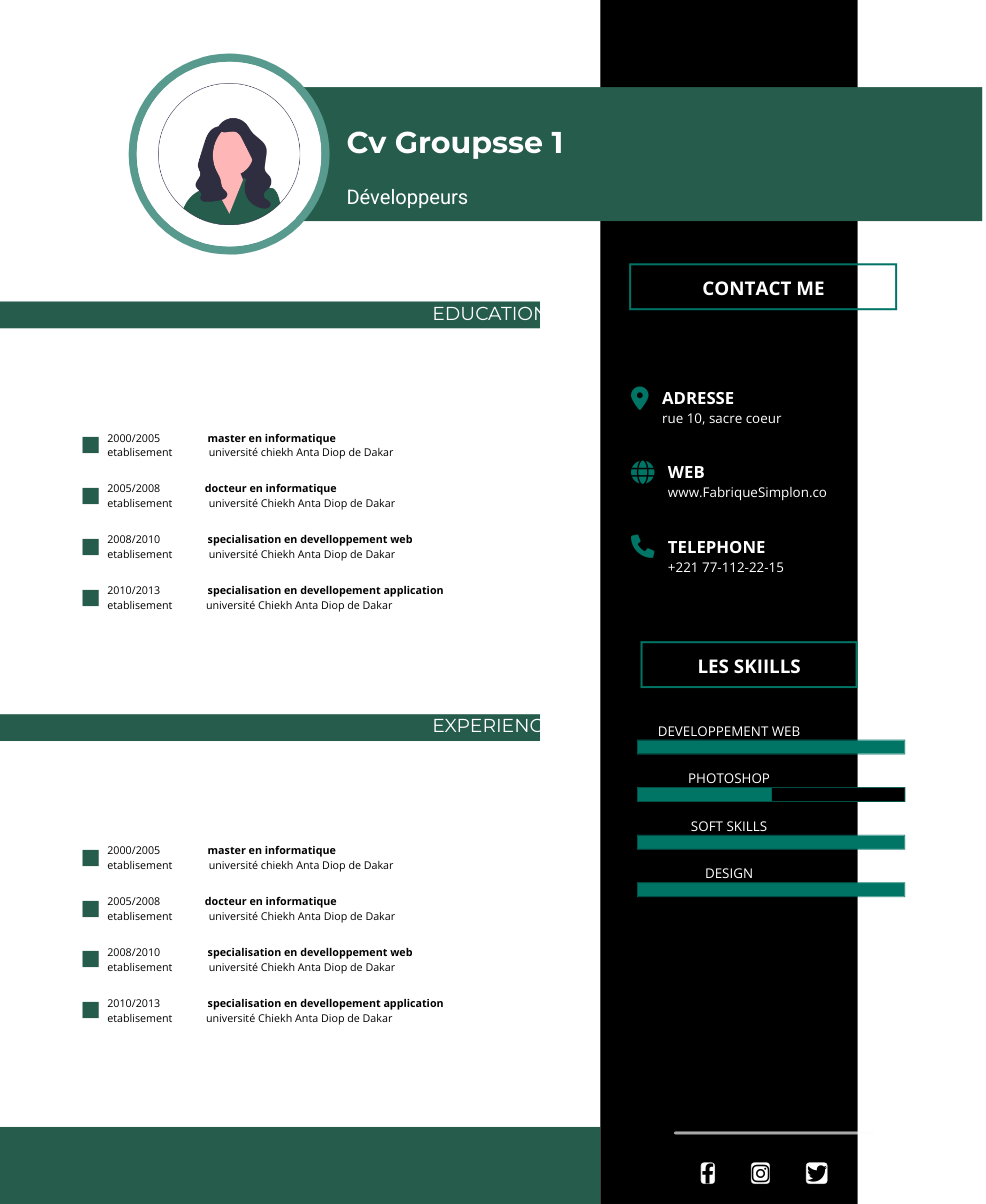
Repository: NdiongueFH/Mon_CV
Page: CV_Groupe1.html
The author's editor kept a copy of each file at every save. The page is drawn from the files as they stood at one save, then again after the next save.
The browser window is 1280 px wide. The page is 1472 px wide, so the pictures cover 1472 px, including what lies to the right of the window. The pictures show the whole page, at 67% of full size.
The pointer rests on the first visible `.social-icons`.

Above is the page before, as saved 2024-08-05 16:13:21.

After the next save:
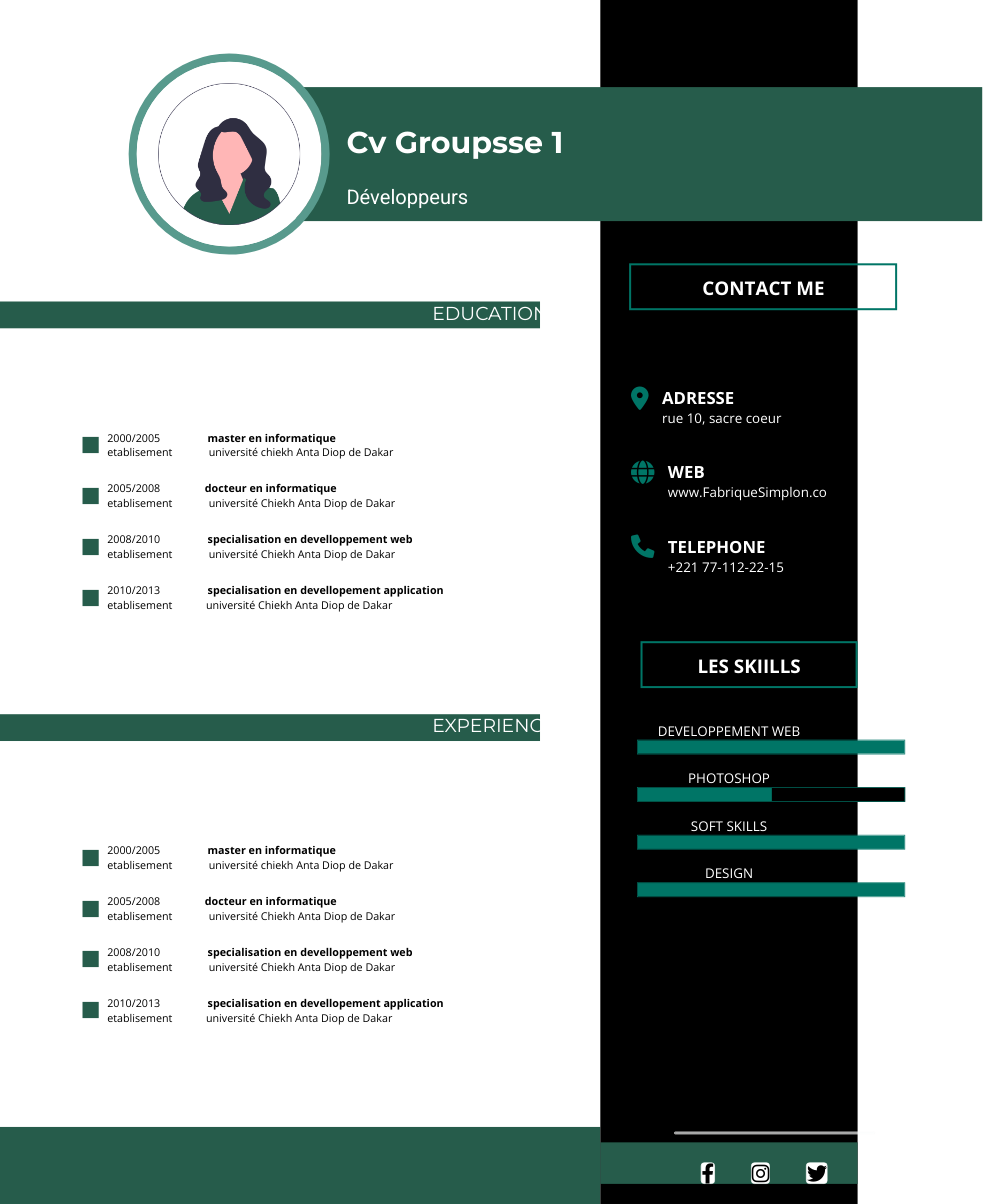
Saved 5 min 7 s later.
--- a/CV_Groupe1.css
+++ b/CV_Groupe1.css
@@ -366,3 +366,6 @@ margin-left: 50px;
     background-color: #ffffff;
     margin-left: 50px;
  }
+ .social-icons:hover {
+    background-color: var(--color-backgroundFoncé);
+ }

After the save that followed:
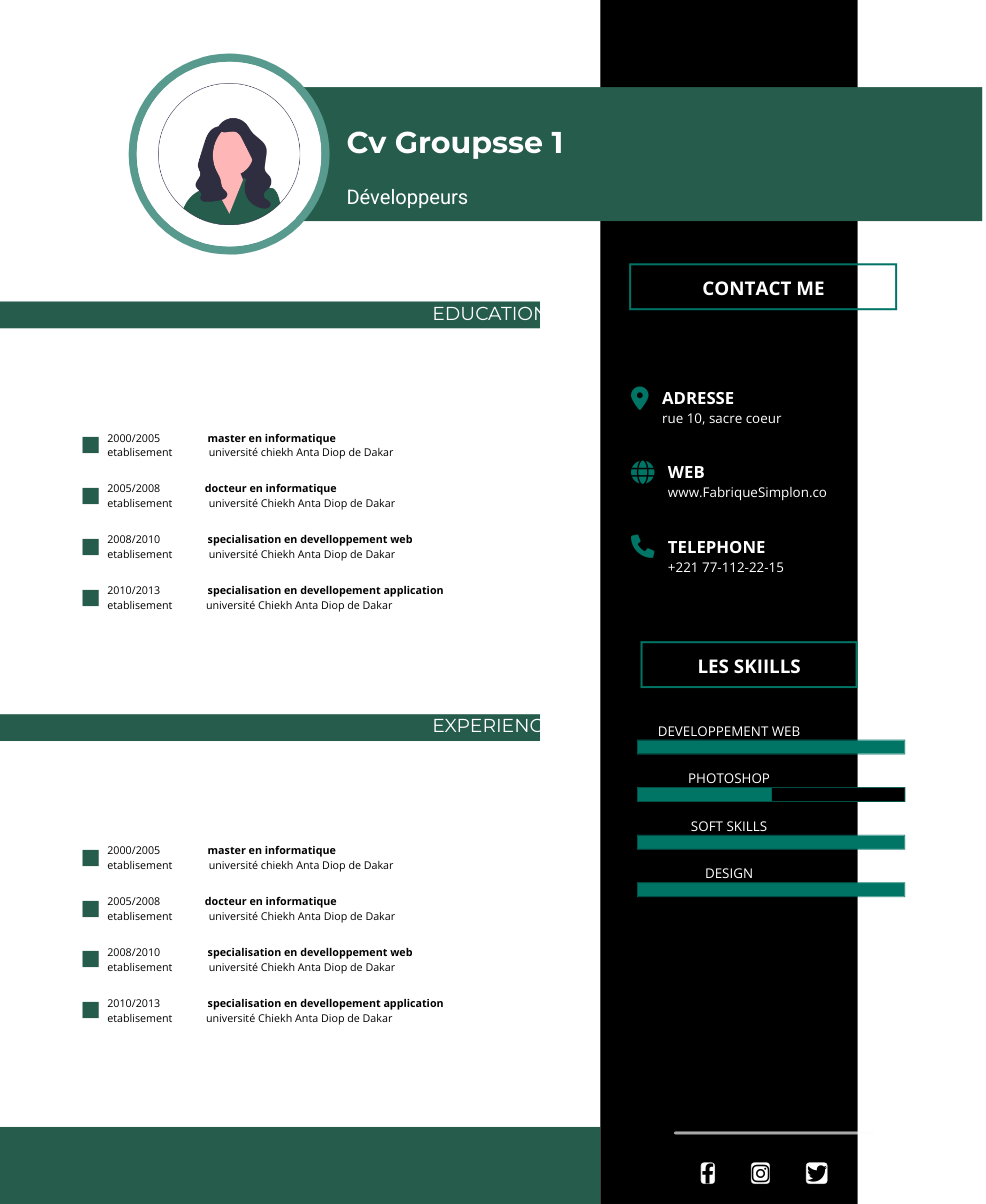
Saved 16 s later.
--- a/CV_Groupe1.css
+++ b/CV_Groupe1.css
@@ -366,6 +366,6 @@ margin-left: 50px;
     background-color: #ffffff;
     margin-left: 50px;
  }
- .social-icons:hover {
+ .social-icons i:hover {
     background-color: var(--color-backgroundFoncé);
  }
